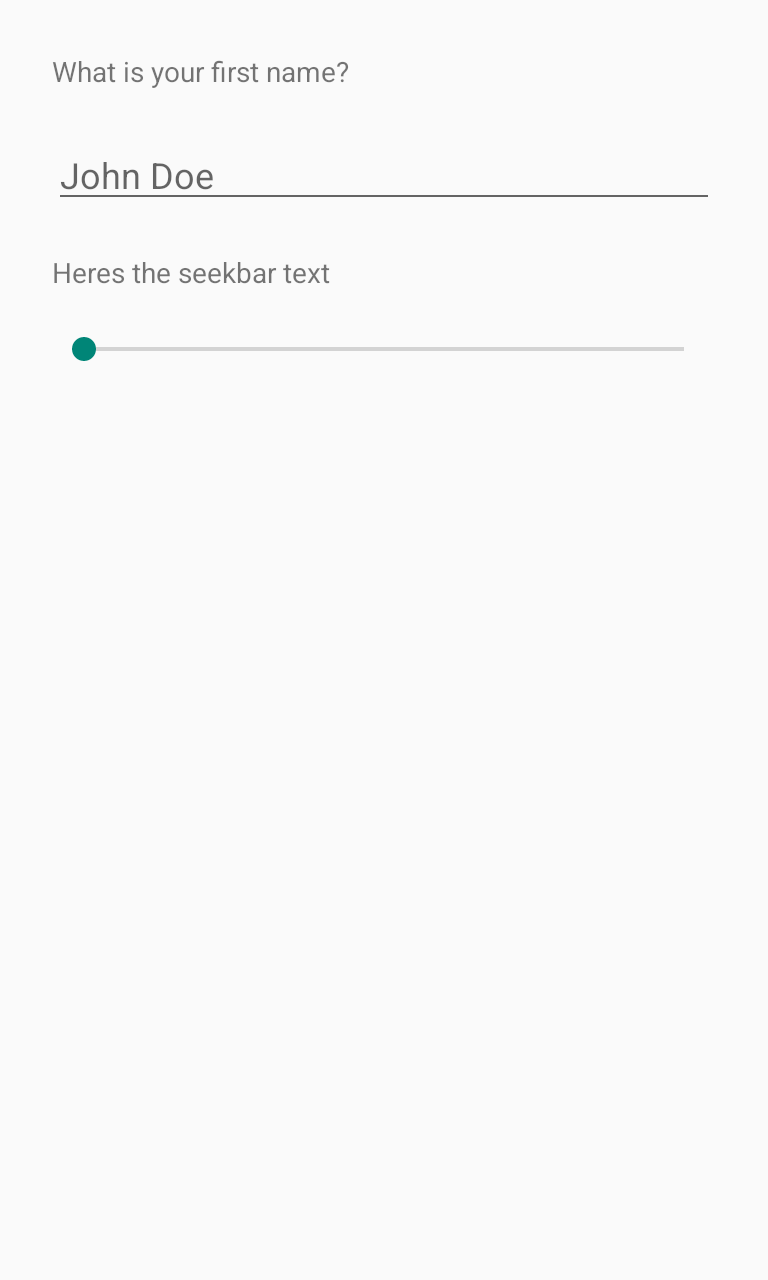
Repository: joshbarry/HackVT_2014
Layout: Android/HackVTKarma/res/layout/fragment_main.xml
The author's editor kept a copy of each file at every save. The layout is drawn from the files as they stood at one save, then again after the next save.
It is drawn on a 768 x 1280 px phone screen (xhdpi) without system bars, with theme AppTheme; the app's code is not run.

Above is the layout before, as saved 2014-10-10 22:16:53.

After the next save:
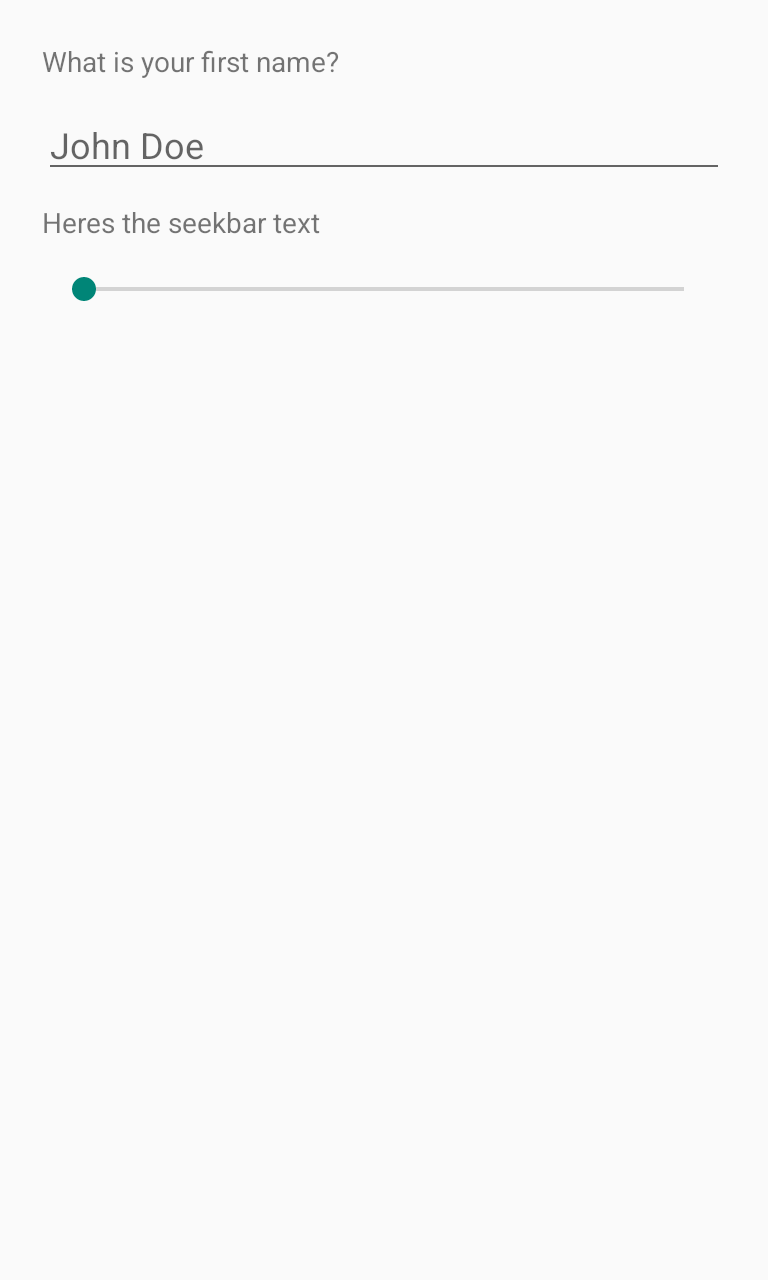
Saved 92 s later.
--- a/Android/HackVTKarma/res/layout/fragment_main.xml
+++ b/Android/HackVTKarma/res/layout/fragment_main.xml
@@ -11,14 +11,14 @@
 
     <TextView
         android:id="@+id/firstName"
-        android:layout_margin="10dp"
+        android:layout_margin="5dp"
         android:layout_width="wrap_content"
         android:layout_height="wrap_content"
         android:text="@string/first_name" />
 
     <EditText
         android:id="@+id/firstNameEditText"
-        android:layout_margin="10dp"
+        android:layout_margin="5dp"
         android:layout_below="@+id/firstName"
         android:layout_width="match_parent"
         android:layout_height="wrap_content"
@@ -26,7 +26,7 @@
 
    	<TextView
         android:id="@+id/seekbar_text"
-        android:layout_margin="10dp"
+        android:layout_margin="5dp"
         android:layout_below="@+id/firstNameEditText"
         android:layout_width="wrap_content"
         android:layout_height="wrap_content"
